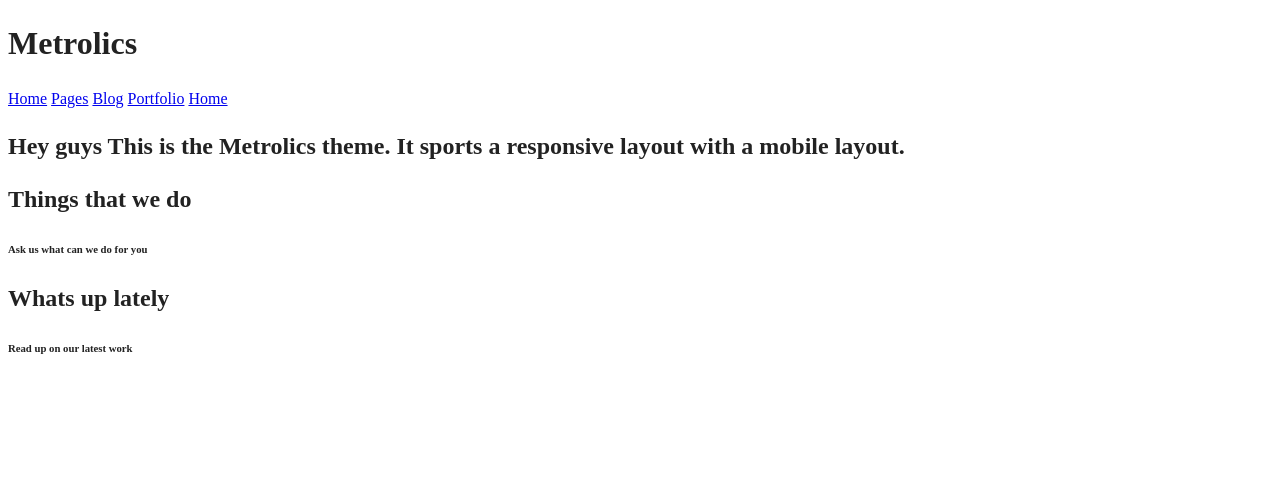
Repository: jgache/LAB-02A
Page: index.html
These files come from the project's save history. The page is drawn as it stood at one moment and after the next save; the edit follows.
The browser window is 1280 px wide. The pictures show the whole page.

Above is the page before, as saved 2024-01-22 22:23:42.

### index.html
<!doctype html>
<html class="no-js" lang="">

<head>
  <meta charset="utf-8">
  <meta name="viewport" content="width=device-width, initial-scale=1">
  <title></title>
  <link rel="stylesheet" href="css/style.css">
  <meta name="description" content="">

  <meta property="og:title" content="">
  <meta property="og:type" content="">
  <meta property="og:url" content="">
  <meta property="og:image" content="">

  <link rel="icon" href="/favicon.ico" sizes="any">
  <link rel="icon" href="/icon.svg" type="image/svg+xml">
  <link rel="apple-touch-icon" href="icon.png">

  <link rel="manifest" href="site.webmanifest">
  <meta name="theme-color" content="#fafafa">
</head>

<body>

  <header class="headerContainer">
    <div class="headerContentContainer">
      <div class="metrolics">
        <h1>Metrolics</h1>
      </div>
    </div>
    <div class="pageNav">
      <a href="#" class="navButton">Home</a>
      <a href="#" class="navButton">Pages</a>
      <a href="#" class="navButton">Blog</a>
      <a href="#" class="navButton">Portfolio</a>
      <a href="#" class="navButton">Home</a>
    </div>
  </header>

    <div class="imageHeader">
      <div class="minionPicture">
      </div>
    </div>

    <div class="text">
      <h2> Hey guys This is the Metrolics theme. It sports a responsive layout with a mobile layout.</h2>
    </div>

  <main>
    <div class="sectionOneContainer">
      <div class="row">
        <h2>Things that we do</h2>
        <h6>Ask us what can we do for you</h6>
      </div>

      <div class="row">
        <div class="sectionOneCard"></div>
        <div class="sectionOneCard"></div>
        <div class="sectionOneCard"></div>
        <div class="sectionOneCard"></div>
      </div>
    </div>

    <div class="sectionTwoContainer">
      <div class="row">
        <h2>Whats up lately</h2>
        <h6>Read up on our latest work</h6>
      </div>

      <div class="row">
        <div class="sectionTwoCard"></div>
        <div class="sectionOneCard"></div>
        <div class="sectionOneCard"></div>
      </div>

    </div>





  </main>


</body>

</html>

### css/style.css
/*! HTML5 Boilerplate v9.0.0-RC1 | MIT License | https://html5boilerplate.com/ */

/* main.css 3.0.0 | MIT License | https://github.com/h5bp/main.css#readme */
/*
 * What follows is the result of much research on cross-browser styling.
 * Credit left inline and big thanks to Nicolas Gallagher, Jonathan Neal,
 * Kroc Camen, and the H5BP dev community and team.
 */

/* ==========================================================================
   Base styles: opinionated defaults
   ========================================================================== */

html {
  color: #222;
  font-size: 1em;
  line-height: 1.4;
}

/*
 * Remove text-shadow in selection highlight:
 * https://twitter.com/miketaylr/status/12228805301
 *
 * Customize the background color to match your design.
 */

::-moz-selection {
  background: #b3d4fc;
  text-shadow: none;
}

::selection {
  background: #b3d4fc;
  text-shadow: none;
}

/*
 * A better looking default horizontal rule
 */

hr {
  display: block;
  height: 1px;
  border: 0;
  border-top: 1px solid #ccc;
  margin: 1em 0;
  padding: 0;
}

/*
 * Remove the gap between audio, canvas, iframes,
 * images, videos and the bottom of their containers:
 * https://github.com/h5bp/html5-boilerplate/issues/440
 */

audio,
canvas,
iframe,
img,
svg,
video {
  vertical-align: middle;
}

/*
 * Remove default fieldset styles.
 */

fieldset {
  border: 0;
  margin: 0;
  padding: 0;
}

/*
 * Allow only vertical resizing of textareas.
 */

textarea {
  resize: vertical;
}

/* ==========================================================================
   Author's custom styles
   ========================================================================== */


/* ==========================================================================
   Helper classes
   ========================================================================== */

/*
 * Hide visually and from screen readers
 */

.hidden,
[hidden] {
  display: none !important;
}

/*
 * Hide only visually, but have it available for screen readers:
 * https://snook.ca/archives/html_and_css/hiding-content-for-accessibility
 *
 * 1. For long content, line feeds are not interpreted as spaces and small width
 *    causes content to wrap 1 word per line:
 *    https://medium.com/@jessebeach/beware-smushed-off-screen-accessible-text-5952a4c2cbfe
 */

.visually-hidden {
  border: 0;
  clip: rect(0, 0, 0, 0);
  height: 1px;
  margin: -1px;
  overflow: hidden;
  padding: 0;
  position: absolute;
  white-space: nowrap;
  width: 1px;
  /* 1 */
}

/*
 * Extends the .visually-hidden class to allow the element
 * to be focusable when navigated to via the keyboard:
 * https://www.drupal.org/node/897638
 */

.visually-hidden.focusable:active,
.visually-hidden.focusable:focus {
  clip: auto;
  height: auto;
  margin: 0;
  overflow: visible;
  position: static;
  white-space: inherit;
  width: auto;
}

/*
 * Hide visually and from screen readers, but maintain layout
 */

.invisible {
  visibility: hidden;
}

/*
 * Clearfix: contain floats
 *
 * The use of `table` rather than `block` is only necessary if using
 * `::before` to contain the top-margins of child elements.
 */

.clearfix::before,
.clearfix::after {
  content: "";
  display: table;
}

.clearfix::after {
  clear: both;
}

/* ==========================================================================
   EXAMPLE Media Queries for Responsive Design.
   These examples override the primary ('mobile first') styles.
   Modify as content requires.
   ========================================================================== */

@media only screen and (min-width: 35em) {
  /* Style adjustments for viewports that meet the condition */
}

@media print,
  (-webkit-min-device-pixel-ratio: 1.25),
  (min-resolution: 1.25dppx),
  (min-resolution: 120dpi) {
  /* Style adjustments for high resolution devices */
}

/* ==========================================================================
   Print styles.
   Inlined to avoid the additional HTTP request:
   https://www.phpied.com/delay-loading-your-print-css/
   ========================================================================== */

@media print {
  *,
  *::before,
  *::after {
    background: #fff !important;
    color: #000 !important;
    /* Black prints faster */
    box-shadow: none !important;
    text-shadow: none !important;
  }

  a,
  a:visited {
    text-decoration: underline;
  }

  a[href]::after {
    content: " (" attr(href) ")";
  }

  abbr[title]::after {
    content: " (" attr(title) ")";
  }

  /*
   * Don't show links that are fragment identifiers,
   * or use the `javascript:` pseudo protocol
   */
  a[href^="#"]::after,
  a[href^="javascript:"]::after {
    content: "";
  }

  pre {
    white-space: pre-wrap !important;
  }

  pre,
  blockquote {
    border: 1px solid #999;
    page-break-inside: avoid;
  }

  tr,
  img {
    page-break-inside: avoid;
  }

  p,
  h2,
  h3 {
    orphans: 3;
    widows: 3;
  }

  h2,
  h3 {
    page-break-after: avoid;
  }
}

After the next save:
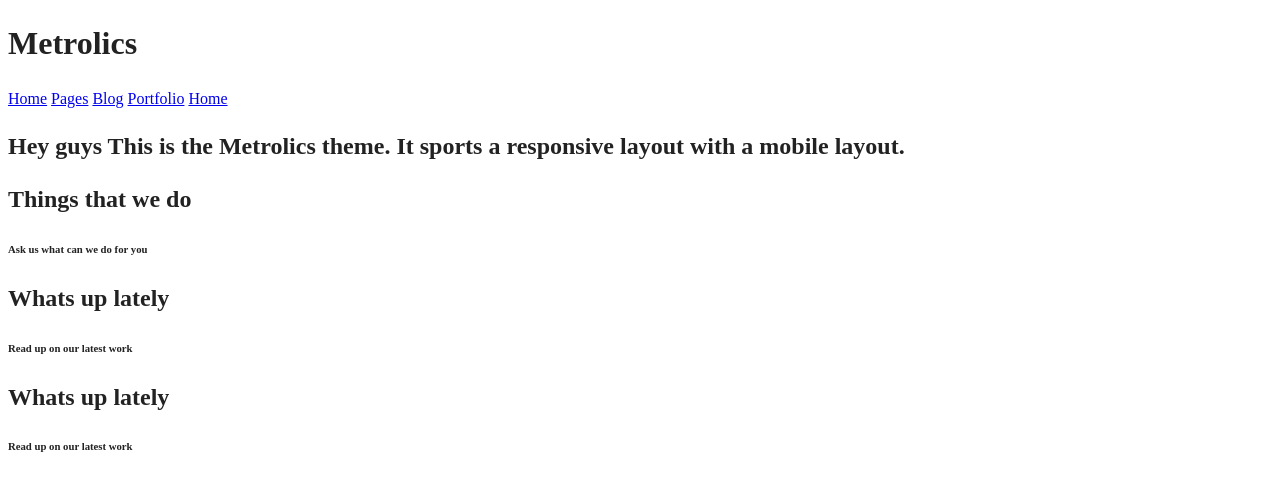
Saved 27 s later.
--- a/index.html
+++ b/index.html
@@ -76,6 +76,20 @@
 
     </div>
 
+    <div class="sectionTwoContainer">
+      <div class="row">
+        <h2>Whats up lately</h2>
+        <h6>Read up on our latest work</h6>
+      </div>
+
+      <div class="row">
+        <div class="sectionTwoCard"></div>
+        <div class="sectionOneCard"></div>
+        <div class="sectionOneCard"></div>
+      </div>
+
+    </div>
+
 
 
 
